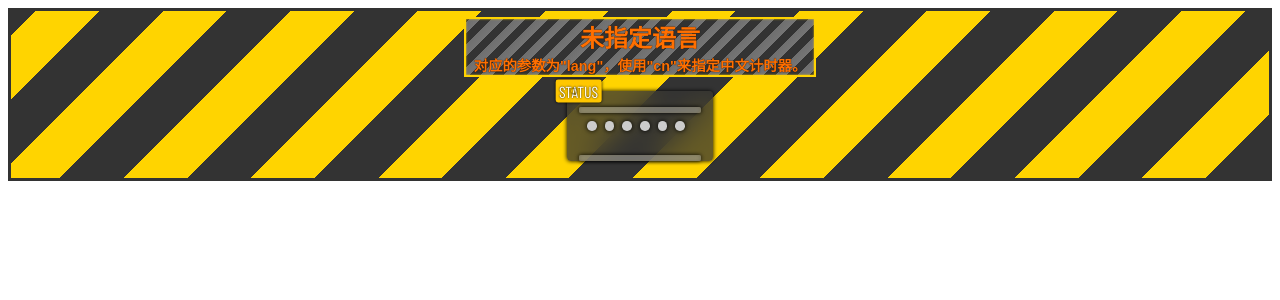
Repository: cirisus/ArknighTimer
Page: timer.html
These files come from the project's save history. The page is drawn as it stood at one moment and after the next save; the edit follows.
The browser window is 1280 px wide. The pictures show the whole page.
Some web fonts or font styles are not loaded; a fallback is used.

Above is the page before, as saved 2024-03-09 17:52:14.

### timer.html
<!DOCTYPE html>
<html>
  <head>
    <meta charset="UTF-8">
    <meta name="description" content="明日方舟同人中文站计时器本体">
    <meta name="keywords" content="arknights,wiki,timer">
    <link rel="stylesheet" href="/ArknighTimer/timer.css">
    <script src="/ArknighTimer/timer.js"></script>
  </head>

  <body>
    <noscript>此程序强依赖于对应的Javascript脚本。</noscript>
    <div id="timer">
      <div id="stuff">
      <h2 id="title"></h2>

      <div id="clock">
      <div id="progress-bar" class="progress-bar"><span id="progress-line" class="progress-line"><span></div>
        <div id="years-div" class="unit">
          <span id="years" class="unit-value"></span>
          <span id="years-label" class="unit-label"></span>
        </div>

        <div id="months-div" class="unit">
          <span id="months" class="unit-value"></span>
          <span id="months-label" class="unit-label"></span>
        </div>

        <div id="days-div" class="unit">
          <span id="days" class="unit-value"></span>
          <span id="days-label" class="unit-label"></span>
        </div>

        <div id="hours-div" class="unit">
          <span id="hours" class="unit-value"></span>
          <span id="hours-label" class="unit-label"></span>
        </div>

        <div id="minutes-div" class="unit">
          <span id="minutes" class="unit-value"></span>
          <span id="minutes-label" class="unit-label"></span>
        </div>

        <div id="seconds-div" class="unit">
          <span id="seconds" class="unit-value"></span>
          <span id="seconds-label" class="unit-label"></span>
        </div>
        <div id="progress-bar" class="progress-bar"><span id="progress-line" class="progress-line"><span></div>
        </div>
      </div>
    </div>
  </body>
</html>

### timer.css
@import url('https://fonts.googleapis.com/css2?family=Barlow+Condensed:ital,wght@0,100;0,200;0,300;0,400;0,500;0,600;0,700;0,800;0,900;1,100;1,200;1,300;1,400;1,500;1,600;1,700;1,800;1,900&display=swap');
@font-face {
  font-family: Glow Sans SC_Condensed;
  src: url(https://cdn.jsdelivr.net/gh/cirisus/ArknighTimer/GlowSans/GlowSansSC-Condensed-Medium.woff2);
  font-weight: normal;
  font-style: normal;
}
:root {
  --secondary-accent: 255, 212, 0;
  --scale-2: 51,51,51;
}
body {
  font-family: 'Glow Sans SC_Condensed',Arial, sans-serif;
  text-shadow: 0 0 1px black;
}
#timer {
  display: grid;
  grid-auto-columns: 1fr;
  grid-auto-rows: 1fr;
  grid-template-columns: 1fr;
  grid-template-rows: min-content 1fr;
  gap: 1px 1px;
  grid-template-areas:
    "title"
    "countdown";

  padding: 0.5rem;
  border: 3px solid rgb(var(--scale-2));
  background: repeating-linear-gradient(-45deg, rgb(var(--scale-2)), rgb(var(--scale-2)) 45px, rgb(var(--secondary-accent)) 0, rgb(var(--secondary-accent)) 90px);
}
#title {
  grid-area: title;
  text-align: center;
  margin-block-start: 0;
  margin-block-end: 0;
  background: rgb(var(--scale-2));
  width: fit-content;
  padding: 0 .5rem;
  margin: auto;
    outline: 2px solid #ffd301;
    box-shadow: inset 0 0 2px #ffd400;
    background-image: repeating-linear-gradient(135deg, rgb(var(--scale-2)), rgb(var(--scale-2)) 8px, rgb(111 111 111) 0, rgb(117 117 117) 16px);
    background-size: 500%;
    animation: progress-bar 300s infinite linear;
}
@keyframes progress-bar {
  0% {
    background-position-x: 100%;
  }
  100% {
    background-position: -400%;
  }
}
/*
h2#title:after {
  content: '';
  height: 47px;
  width: 2rem;
  position: absolute;
  transform: translateX(8px);
  background: #333;
  -webkit-clip-path: polygon(60% 0, 100% 50%, 60% 100%, 0 100%, 0 0);
  clip-path: polygon(60% 0, 100% 50%, 60% 100%, 0 100%, 0 0);
}
*/
#clock {
  display: flex;
  width: fit-content;
  justify-content: center;
  align-items: center;
  flex-wrap: wrap;
  grid-area: countdown;
  color: #f3f2ec;
  background-color: rgb(var(--scale-2), .75);
  -webkit-backdrop-filter: blur(1rem);
  backdrop-filter: blur(1rem);
  text-align: center;
  border-radius: 0.25em;
  margin: 1em auto .5rem;
  padding: 0 .25rem;
  box-shadow: 0 0 4px black;
  box-sizing: border-box;
  &::before {
    content: 'Status';
    font-family: "Barlow Condensed", sans-serif;
    position: absolute;
    display: inline-flex;
    top: 0;
    left: 0;
    width: fit-content;
    height: fit-content;
    border-radius: 0.15em;
    background-color: #ffc700;
    z-index: 1;
    transform: translate(-25%,-50%);
    box-shadow: 0 0 3px 0px black;
    padding: 2px 3px;
    align-items: center;
    color: white;
    text-shadow: 0 0 2px black;
    text-transform: uppercase;
  }
  &::after {
    content: attr(data-status);
    font-family: "Barlow Condensed", sans-serif;
    position: absolute;
    display: inline-flex;
    top: 0;
    left: 0;
    width: fit-content;
    height: fit-content;
    border-radius: 0.15em;
    z-index: 1;
    transform: translate(65%,-50%);
    box-shadow: 0 0 3px 0px black;
    padding: 2px 3px;
    align-items: center;
    text-shadow: 0 0 2px black;
    text-transform: uppercase;
  }
}
#clock[data-status="running"]::after {
  background-color: #16663e;
  color: #ccc;
}
#clock[data-status="expired"]::after {
  background-color: #ffcc00;
  color: #ccc;
}
#clock[data-status="ceased"]::after {
  background-color: #ad2117;
  color: #ccc;
}
#progress-bar {
  height: 6px;
  background-color: #e5e5e55f;
  width: 100%;
  margin: 1rem 0.5rem 0;
  border-radius: 2px;
  box-shadow: 0 0 4px black, inset 0 0 4px #746f57;
}
.progress-line {
  height: 20px;
  background-color: #4CAF50;
  border-radius: 13px;
  width: 0;
}
.unit {
  display: inline-flex;
  margin: 0.5em 0;
  justify-content: center;
  align-items: center;
}

.unit-value {
  font-family: "Barlow Condensed", sans-serif;
  font-size: 2em;
  color: #333;
  background-color: #ccc;
  border-radius: 0.15em;
  padding: 0.15em;
  box-shadow: 0 0 5px black;
}

.unit-label {
  font-size: 1.5em;
  padding: 0 .25rem;
}

/* Basic utility classes */
.hidden {
  display: none;
}

.error {
  color: rgb(255, 111, 0);
  animation: none;
}
.error-secondary {
  font-size: 0.6em;
}
.progress {
  color: #f3f2ec;
}

.finished {
  color: #fff28e;
  animation: none;
}

### timer.js
// Constants
var SECONDS_MS = 1000;
var MINUTES_MS = SECONDS_MS * 60;
var HOURS_MS = MINUTES_MS * 60;
var DAYS_MS = HOURS_MS * 24;

var SECONDS_ENUM = 0;
var MINUTES_ENUM = 1;
var HOURS_ENUM = 2;
var DAYS_ENUM = 3;
var MONTHS_ENUM = 4;
var YEARS_ENUM = 5;

// Initialization errors are only in English unfortunately.
function setError(primary, secondary = null) {
  var titleElement = document.getElementById('title');
  titleElement.classList.add('error');
  titleElement.innerText = primary;

  var clockElement = document.getElementById('clock');
  clockElement.classList.add('hidden');

  if (secondary) {
    var messageElement = document.createElement('div');
    messageElement.classList.add('error-secondary');
    messageElement.innerText = secondary;
    titleElement.appendChild(messageElement);
  }
}

// Localization
function getMessage(language, messageKey) {
  var translations = {
    // English
    'en': {
      'timer-description': 'Timer expiring at',
      'timer-progress': 'This timer will expire in',
      'timer-finished': 'This timer has been expired since',
      'years': 'years',
      'months': 'months',
      'days': 'days',
      'hours': 'hours',
      'minutes': 'minutes',
      'seconds': 'seconds',
    },

    // French
    'fr': {
      'timer-description': 'Fin du compte à rebours à',
      'timer-progress': 'Ce compte à rebours se terminera dans',
      'timer-finished': 'Ce compte à rebous est terminé depuis',
      'years': 'ans',
      'months': 'mois',
      'days': 'jours',
      'hours': 'heures',
      'minutes': 'minutes',
      'seconds': 'secondes',
    },

    // Pig Latin
    'pig': {
      'timer-description': 'Imertay expiringyay atyay',
      'timer-progress': 'Isthay imertay illway expireyay inyay',
      'timer-finished': 'Isthay imertay ashay eenbay expiredyay incesay',
      'years': 'earsyay',
      'months': 'onthsmay',
      'days': 'aysday',
      'hours': 'ourshay',
      'minutes': 'inutesmay',
      'seconds': 'econdssay',
    },

    // Spanish
    'es': {
      'timer-description': 'El temporizador finaliza en',
      'timer-progress': 'El temporizador finalizará en',
      'timer-finished': 'El temporizador ha finalizado desde hace',
      'years': 'años',
      'months': 'meses',
      'days': 'días',
      'hours': 'horas',
      'minutes': 'minutos',
      'seconds': 'segundos',
    },

    // Vietnamese
    'vi': {
      'timer-description': 'Đồng hồ kết thúc vào',
      'timer-progress': 'Đồng hồ sẽ kết thúc trong',
      'timer-finished': 'Đồng hồ này đã kết thúc kể từ',
      'years': 'năm',
      'months': 'tháng',
      'days': 'ngày',
      'hours': 'giờ',
      'minutes': 'phút',
      'seconds': 'giây',
    },

    // Simplified Chinese
    'cn': {
      'timer-description': '此计时器将过期于：',
      'timer-progress': '此计时器将过期于：',
      'timer-finished': '此计时器已过期：',
      'years': '年',
      'months': '月',
      'days': '日',
      'hours': '时',
      'minutes': '分',
      'seconds': '秒',
    },
  };

  // Special case:
  // The 'test' language just echoes the message key back out.
  if (language === 'test') {
    return messageKey;
  }

  // Get message based on language
  var messages = translations[language];
  if (!messages) {
    setError('暂无此语言的计时器 ' + language);
    return null;
  }

  var message = messages[messageKey];
  if (!message) {
    setError('无效的参数' + messageKey);
    return null;
  }

  return message;
}

function insertCSS(styling) {
  var head = document.head || document.getElementsByTagName('head')[0];
  var style = document.createElement('style');

  style.type = 'text/css';
  style.appendChild(document.createTextNode(styling));
  head.appendChild(style);
}

function getDaysInFebruary(startYear) {
  return (startYear % 4 === 0 && startYear % 100 !== 0)
    || startYear % 400 === 0 ? 29 : 28;
}

function elapsedData(targetTime) {
  var now = new Date();
  var elapsed = now - targetTime;

  if (elapsed >= 0) {
    // Date is in the past
    return {
      elapsed: elapsed,
      finished: true,
      startTime: targetTime,
      endTime: now,
    };
  } else {
    // Date is in the future
    return {
      elapsed: -elapsed,
      finished: false,
      startTime: now,
      endTime: targetTime,
    };
  }
}

// Based on https://stackoverflow.com/a/49201872
// Calculate differences greater than a day.
function dateDiff(startDate, endDate) {
  // Trim sub-day differences to avoid 0.8 days from rounding up.
  var diff = endDate - startDate;
  diff -= Math.floor(diff % DAYS_MS);
  endDate = new Date(startDate.getTime() + diff);

  // Get month data
  var february = getDaysInFebruary(startDate.getFullYear());
  var daysInMonth = [31, february, 31, 30, 31, 30, 31, 31, 30, 31, 30, 31];

  var yearDiff = endDate.getFullYear() - startDate.getFullYear();
  var monthDiff = endDate.getMonth() - startDate.getMonth();
  if (monthDiff < 0) {
    yearDiff--;
    monthDiff += 12;
  }

  var dayDiff = endDate.getDate() - startDate.getDate();
  if (dayDiff < 0) {
    if (monthDiff > 0) {
      monthDiff--;
    } else {
      yearDiff--;
      monthDiff = 11;
    }

    dayDiff += daysInMonth[startDate.getMonth()];
  }

  return {
    years: yearDiff,
    months: monthDiff,
    days: dayDiff,
  };
}

// Calculate difference in time, in all units
function timeRemaining(targetTime) {
  var data = elapsedData(targetTime);

  // Differences > 1 day
  var dateDiffs = dateDiff(data.startTime, data.endTime);
  var years = dateDiffs.years;
  var months = dateDiffs.months;
  var days = dateDiffs.days;

  // Differences < 1 day
  var elapsed = Math.floor(data.elapsed % DAYS_MS);

  var hours = Math.floor(elapsed / HOURS_MS);
  elapsed = Math.floor(elapsed % HOURS_MS);

  var minutes = Math.floor(elapsed / MINUTES_MS);
  elapsed = Math.floor(elapsed % MINUTES_MS);

  var seconds = Math.floor(elapsed / SECONDS_MS);
  elapsed = Math.floor(elapsed % MINUTES_MS);

  // Get highest unit present
  var highest;
  if (years > 0) {
    highest = YEARS_ENUM;
  } else if (months > 0) {
    highest = MONTHS_ENUM;
  } else if (days > 0) {
    highest = DAYS_ENUM;
  } else if (hours > 0) {
    highest = HOURS_ENUM;
  } else if (minutes > 0) {
    highest = MINUTES_ENUM;
  } else {
    highest = SECONDS_ENUM;
  }

  return {
    years: years,
    months: months,
    days: days,
    hours: hours,
    minutes: minutes,
    seconds: seconds,
    finished: data.finished,
    highest: highest,
  };
}

function setTimerField(language, field, value) {
  var visible = value !== null;

  if (visible) {
    document.getElementById(field).innerText = value;
  }

  setTimerFieldVisibility(field, visible);
}

function setTimerFieldVisibility(field, visible) {
  var element = document.getElementById(field + '-div');

  if (visible) {
    element.classList.remove('hidden');
  } else {
    element.classList.add('hidden');
  }
}

function createTimer(language, targetTime, progressMessage, finishedMessage) {
  progressMessage = progressMessage || getMessage(language, 'timer-progress');
  finishedMessage = finishedMessage || getMessage(language, 'timer-finished');

  // Update routine, to invoke every second
  var timerFields = [
    ['years', YEARS_ENUM, 1],
    ['months', MONTHS_ENUM, 1],
    ['days', DAYS_ENUM, 1],
    ['hours', HOURS_ENUM, 2],
    ['minutes', MINUTES_ENUM, 2],
    ['seconds', SECONDS_ENUM, 2],
  ];

  // Initial application of field labels
  for (var i = 0; i < timerFields.length; i++) {
    var field = timerFields[i][0];
    document.getElementById(field + '-label').innerText = getMessage(language, field);
  }

  function updateTimer() {
    var remaining = timeRemaining(targetTime);

    // Set title message
    var titleElement = document.getElementById('title');

    if (remaining.finished) {
      titleElement.innerText = finishedMessage;
      titleElement.classList = ['finished'];
      document.getElementById('clock').setAttribute('data-status', 'expired');
    } else {
      titleElement.innerText = progressMessage;
      titleElement.classList = ['progress'];
      document.getElementById('clock').setAttribute('data-status', 'running');
    }

    // Set individual timer fields
    for (var i = 0; i < timerFields.length; i++) {
      var field = timerFields[i][0];
      var fieldEnum = timerFields[i][1];
      var padWidth = timerFields[i][2];

      // If the value is to be shown, then display it.
      // Ensure digits are padded to the appropriate width.
      var value = remaining.highest >= fieldEnum
        ? String(remaining[field]).padStart(padWidth, '0')
        : null;

      setTimerField(language, field, value);
    }
  }

  // Set title.
  // Since this is meant to be used as an iframe, setting it every tick is pointless.
  document.title = getMessage(language, 'timer-description') + ' ' + targetTime;

  // Configure timer to run regularly.
  updateTimer();
  setInterval(updateTimer, 1000);
}

function setup() {
  // Get parameters
  var url = new URL(window.location.href);
  var parameters = new URLSearchParams(url.search);
  var language = parameters.get('lang');
  var timestamp = parameters.get('time');
  var progressMessage = parameters.get('progress');
  var finishedMessage = parameters.get('finished');
  var styling = parameters.get('style'); // allows custom CSS to be injected

  // Check parameters
  if (!language) {
    setError('未指定语言', '对应的参数为"lang"，使用"cn"来指定中文计时器。');
    return;
  }

  if (!timestamp) {
    setError('未设置时间','对应的参数是"time"，可以使用UNIX时间戳或ISO时间字符串。');
    return;
  }

  var targetTime;
  if (/^\d+(\.\d+)?$/.exec(timestamp)) {
    targetTime = new Date(parseFloat(timestamp) * 1000);
  } else {
    targetTime = new Date(timestamp);
    if (isNaN(targetTime)) {
      setError('无效时间戳', timestamp);
      return;
    }
  }

  // Insert custom CSS, if any
  if (styling !== null) {
    insertCSS(styling);
  }

  // Initialize clock
  createTimer(language, targetTime, progressMessage, finishedMessage);
}

setTimeout(setup, 5);

After the next save:
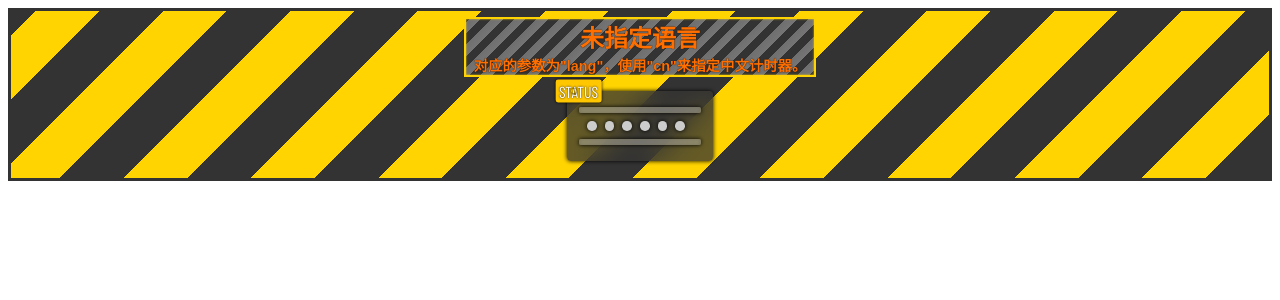
Saved 2 min 54 s later.
--- a/timer.css
+++ b/timer.css
@@ -139,6 +139,9 @@
   border-radius: 2px;
   box-shadow: 0 0 4px black, inset 0 0 4px #746f57;
 }
+#progress-bar:last-child {
+  margin: 0 .5rem 1rem
+}
 .progress-line {
   height: 20px;
   background-color: #4CAF50;
